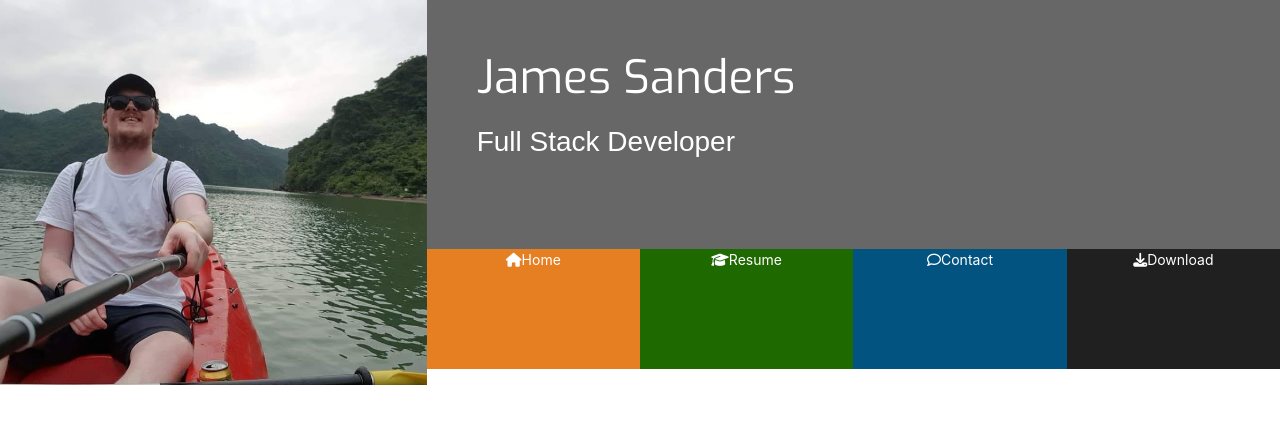
Repository: JaySanders95/my-online-resume
Page: index.html
These files come from the project's save history. The page is drawn as it stood at one moment and after the next save; the edit follows.
The browser window is 1280 px wide. The pictures show the whole page.
Some web fonts or font styles are not loaded; a fallback is used. Some web libraries are served in a nearby version.

Above is the page before, as saved 2023-04-19 15:52:44.

After the next save:
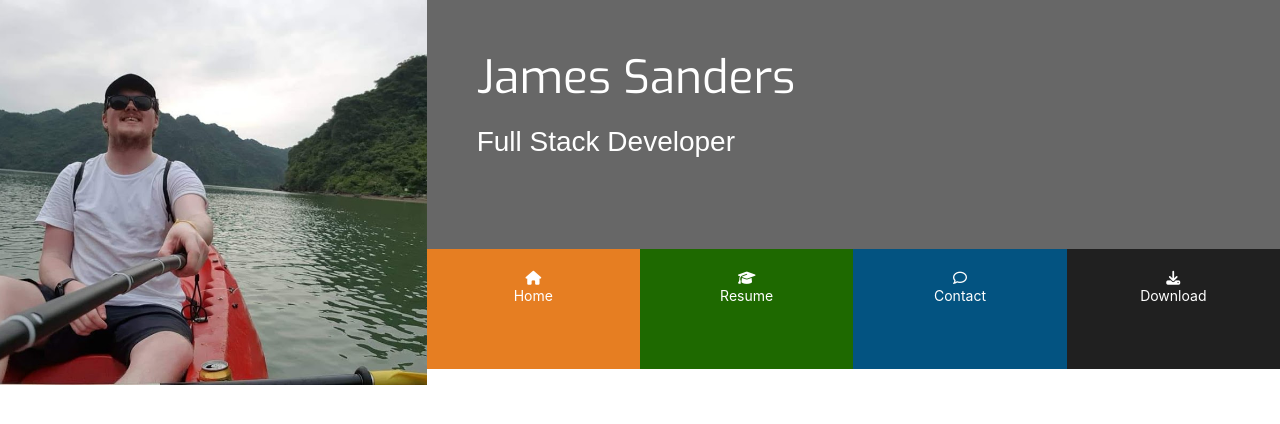
Saved 40 s later.
--- a/assets/css/style.css
+++ b/assets/css/style.css
@@ -82,3 +82,9 @@ header {
     color: #fff;
     height: 120px;
 }
+
+.menuitem a i {
+    display: block;
+    padding-top: 22px;
+
+}
